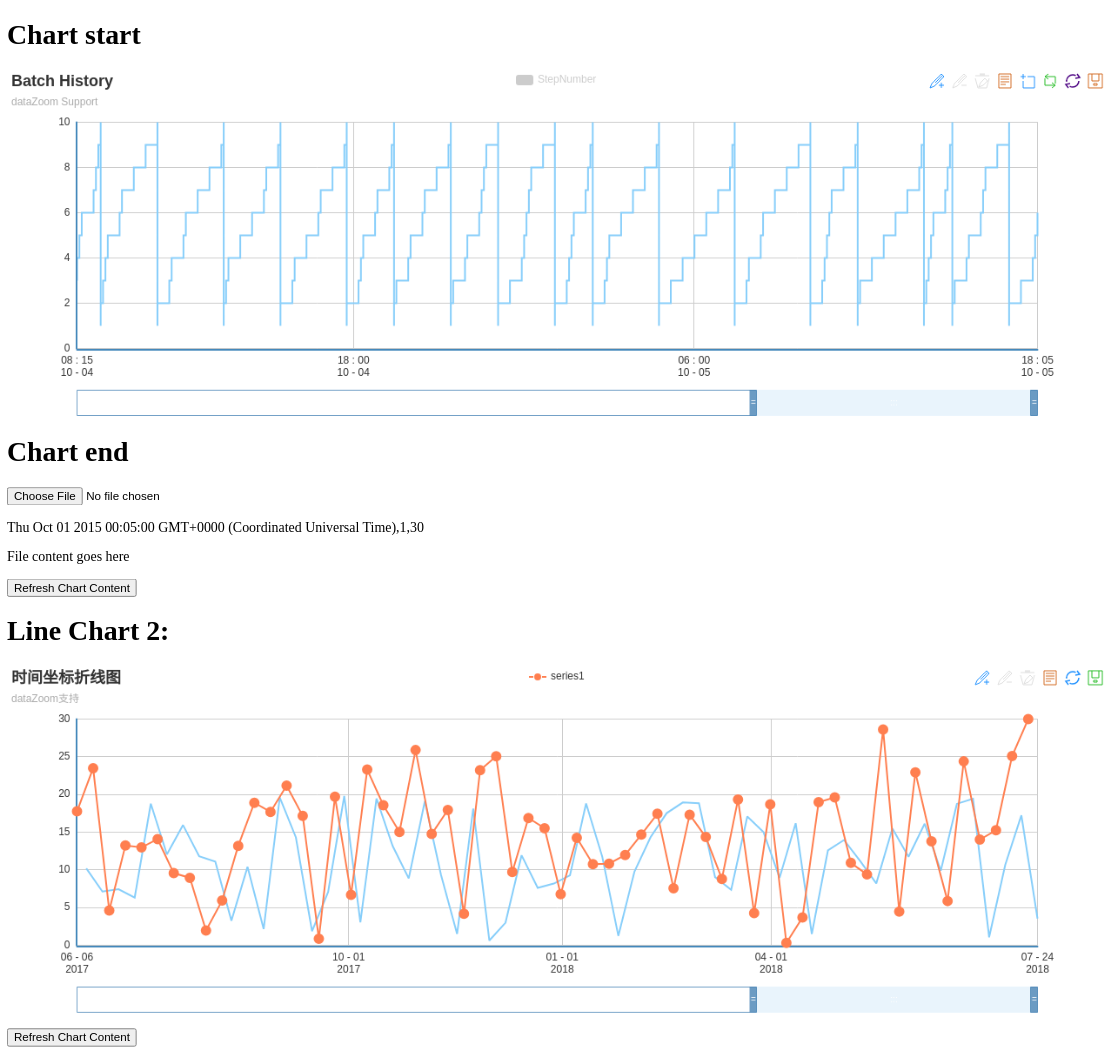
Repository: shutterfly2011/apache
Page: eChartTest/WebContent/LineChart.html
The author's editor kept a copy of each file at every save. The page is drawn from the files as they stood at one save, then again after the next save.
The browser window is 1280 px wide. The pictures show the whole page, at 87% of full size.

Above is the page before, as saved 2015-10-02 02:34:06.

After the next save:
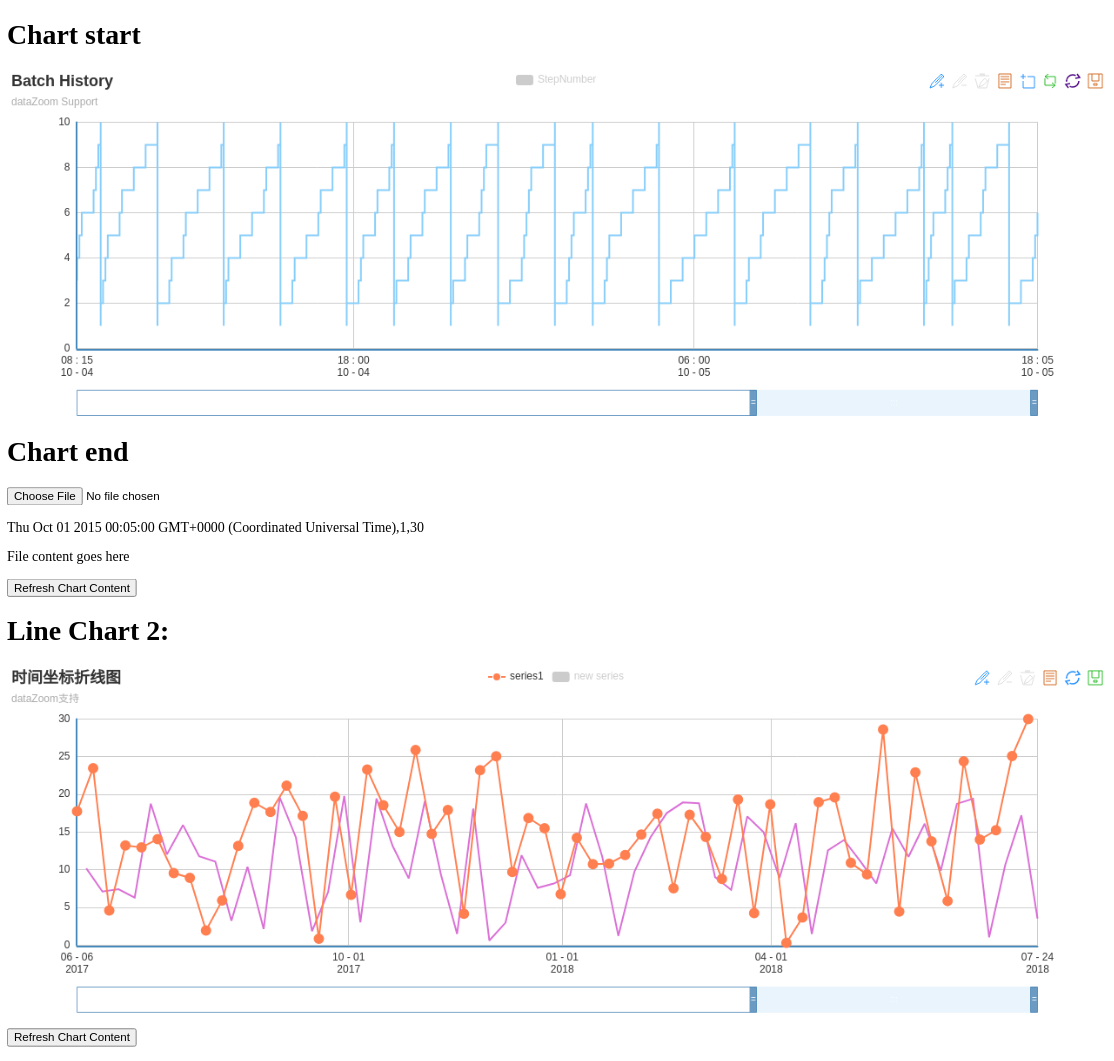
Saved 53 s later.
--- a/eChartTest/WebContent/LineChart.html
+++ b/eChartTest/WebContent/LineChart.html
@@ -181,7 +181,7 @@
 			        start : 70
 			    },
 			    legend : {
-			        data : ['series1']
+			        data : ['series1', 'new series']
 			    },
 			    grid: {
 			        y2: 80
